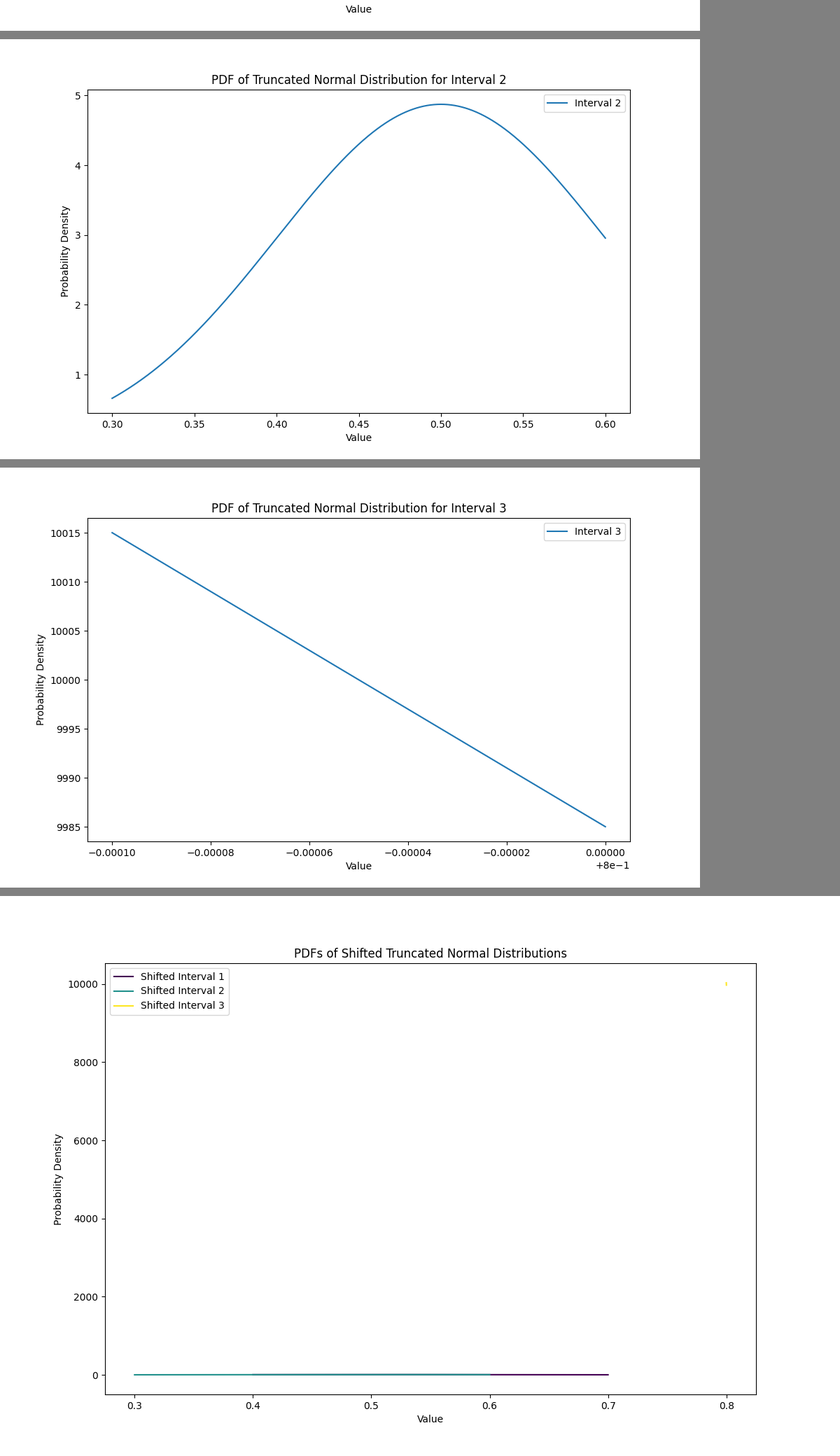
Repository: KrystofM/stealing-part-lm-supplementary-plaid
Script's output: python optimize_logit_queries/askers/some_one_over_n_copy.py
The author's editor kept a copy of each file at every save. The script's output is drawn from the files as they stood at one save, then again after the next save.
The pictures show rows 556 to 2636 of an output 2636 px tall, at 70% of full size.
Each picture stacks the figures in order, with grey between them; figures that are only written to a file come last. Random numbers start from a fixed seed.

Above is the script's output before, as saved 2024-06-20 16:05:17.

### optimize_logit_queries/askers/some_one_over_n_copy.py
import numpy as np
import scipy.integrate as integrate
from scipy.stats import truncnorm

def sample_truncated_normal(l_i, h_i, n, mean, std):
    # Create the truncated normal distribution
    dist = truncnorm((l_i - mean) / std, (h_i - mean) / std, loc=mean, scale=std)

    # Sample n many samples from the truncated normal distribution
    samples = dist.rvs(size=n)

    return samples

# Vectorized version
# P(P_i + r_i < P_n) = (1/n)^(1/(n-1)
def calculate_product_d_vectorized(l_i, h_i, r_i, l_n, h_n, mu, sigma):
    tnormI = truncnorm((l_i - mu) / sigma, (h_i - mu) / sigma, loc=mu, scale=sigma)
    tnormN = truncnorm((l_n - mu) / sigma, (h_n - mu) / sigma, loc=mu, scale=sigma)

    y_values = np.linspace(l_n, h_n, 10000)  # Adjust the number of points for accuracy/speed trade-off
    tnormN_pdf = tnormN.pdf(y_values)
    cdf_values = tnormI.cdf(y_values - r_i)
    min_max_values = np.minimum(np.maximum(cdf_values, 0), 1)
    integrand_values = min_max_values * tnormN_pdf
    integral = np.trapz(integrand_values, y_values)  # Use trapezoidal rule for integration

    return integral

def find_r_i(l_i, h_i, l_n, h_n, mu, sigma, n):
    lower_bound = l_n - h_i
    upper_bound = h_n - l_i
    r_i = None
    min_diff = float('inf')
    min_r_i = None
    precision = 100
    for r in range(precision):
        r_i = lower_bound + (upper_bound - lower_bound) * r / precision
        diff = abs(calculate_product_d_vectorized(l_i, h_i, r_i, l_n, h_n, mu, sigma) - (1/n)**(1/(n-1)))
        if diff < min_diff:
            min_diff = diff
            min_r_i = r_i
    return min_r_i, min_diff

# Binary search to find r_i such that G(r_i) = 1/n
# tolerance = 1e-3
mu = 0.5
sigma = 0.1
low = [0.4, 0.3, 0.7999]
high = [0.7, 0.6, 0.8]
# low = [0.3, 0.8, 0.999]
# high = [0.4, 0.9, 1]
n=len(low)

# fix some low[i] and high[i] and find all r_j j!=i
i=0
l_n = low[i]
h_n = high[i]
r_values = [0]*n
for j in range(n):
    if j != i:
        l_i = low[j]
        h_i = high[j]
        min_r_i, min_diff = find_r_i(l_i, h_i, l_n, h_n, mu, sigma, n)
        print(f"best value of r_i: {min_r_i}")
        print(f"best diff: {min_diff}")
        r_values[j] = min_r_i
print(r_values)

###### TESTING ########

def err(probabilities):
    # list of 1/n values
    correct = np.full(len(probabilities), 1/len(probabilities))
    # l2 norm of the difference between the correct values and the observed values
    return np.linalg.norm(correct - probabilities)

num_samples = 100000
# Initialize counts
max_indexes = np.zeros(n)
baseline_max_indexes = np.zeros(n)

# Sample all at once
samples = np.array([sample_truncated_normal(low[j], high[j], num_samples, mu, sigma) for j in range(n)])
print(samples.shape)

# calculate how many times is

# Fraction of time each i (n) is bigger than j + r_values[j] ~~ should be (1/n)^(1/(n-1))
proportion = np.mean(samples + np.array(r_values)[:, None] < samples[i], axis=1)
print("Proportion: i > j + r_j")
print(proportion)

# Calculate max values for baseline and optimized
baseline_max_values = np.max(samples, axis=0)
max_values = np.max(samples + np.array(r_values)[:, None], axis=0)

# Determine max indexes
baseline_max_indexes = np.argmax(samples, axis=0)
max_indexes = np.argmax(samples + np.array(r_values)[:, None], axis=0)
print(max_indexes.shape)
print(max_indexes[:10])

# Count occurrences
baseline_counts = np.bincount(baseline_max_indexes, minlength=n)
max_counts = np.bincount(max_indexes, minlength=n)
print(max_counts)

# Normalize counts to probabilities
baseline_probabilities = baseline_counts / num_samples
max_probabilities = max_counts / num_samples

print("Baseline")
print(err(baseline_probabilities))
print(baseline_probabilities)

print("Optimized")
print(err(max_probabilities))
print(max_probabilities)



# plot the pdf of the truncated normal distribution for each interval in separate plots
import matplotlib.pyplot as plt
for i in range(n):
    plt.figure(figsize=(10, 6))
    x = np.linspace(low[i], high[i], 1000)
    dist = truncnorm((low[i] - mu) / sigma, (high[i] - mu) / sigma, loc=mu, scale=sigma)
    plt.plot(x, dist.pdf(x), label=f'Interval {i+1}')
    plt.xlabel('Value')
    plt.ylabel('Probability Density')
    plt.title(f'PDF of Truncated Normal Distribution for Interval {i+1}')
    plt.legend()
    plt.show()

# plot the pdfs of the shifted truncated normal distributions over each other
plt.figure(figsize=(12, 8))
colors = plt.cm.viridis(np.linspace(0, 1, n))
for i in range(n):
    x = np.linspace(low[i], high[i], 1000)
    shifted_dist = truncnorm((low[i] - mu - r_values[i]) / sigma, (high[i] - mu - r_values[i]) / sigma, loc=mu + r_values[i], scale=sigma)
    plt.plot(x, shifted_dist.pdf(x), color=colors[i], label=f'Shifted Interval {i+1}')
plt.xlabel('Value')
plt.ylabel('Probability Density')
plt.title('PDFs of Shifted Truncated Normal Distributions')
plt.legend()
plt.show()

After the next save:
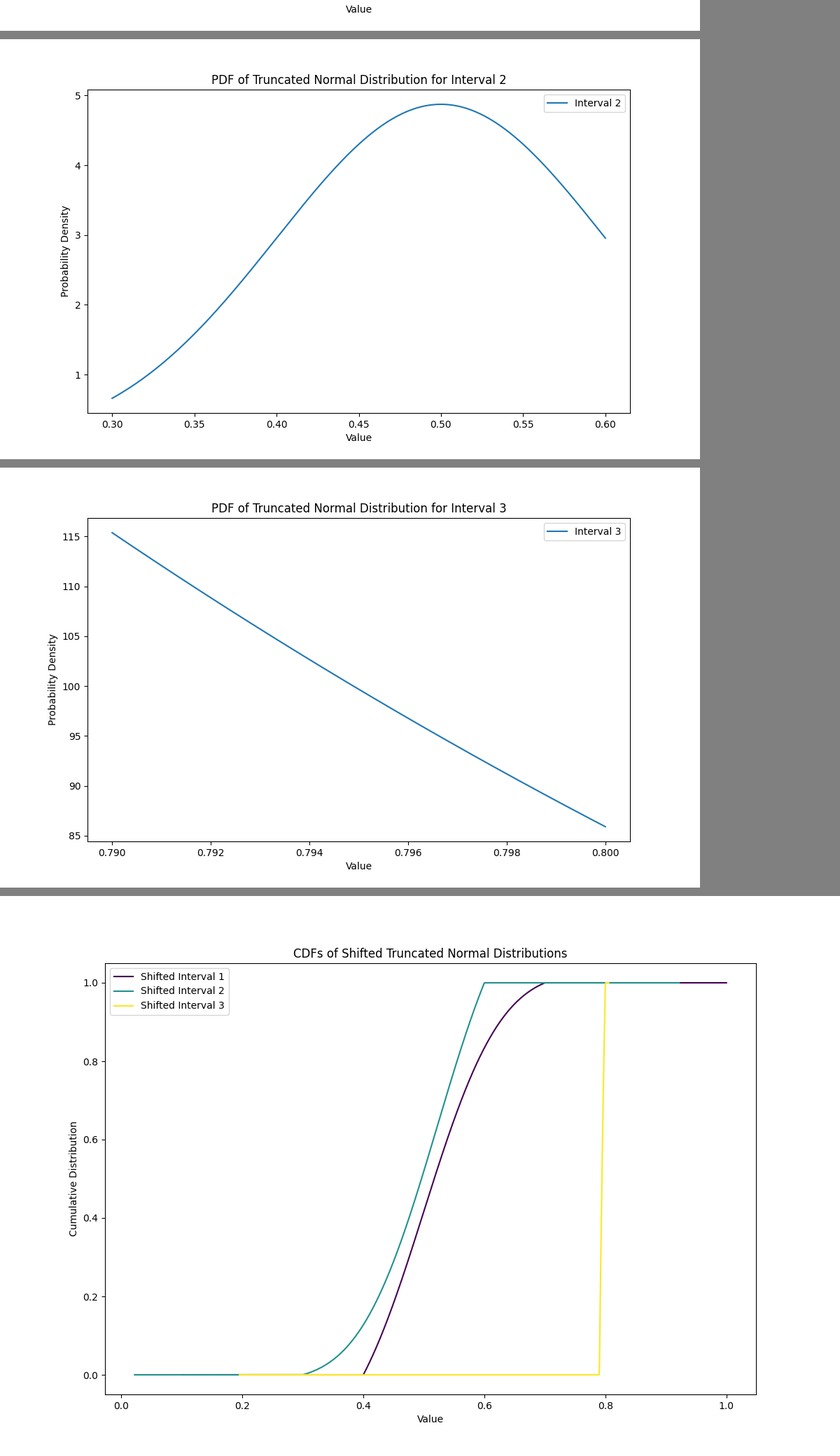
Saved 20 min 16 s later.
--- a/optimize_logit_queries/askers/some_one_over_n_copy.py
+++ b/optimize_logit_queries/askers/some_one_over_n_copy.py
@@ -45,7 +45,7 @@ def find_r_i(l_i, h_i, l_n, h_n, mu, sigma, n):
 # tolerance = 1e-3
 mu = 0.5
 sigma = 0.1
-low = [0.4, 0.3, 0.7999]
+low = [0.4, 0.3, 0.79]
 high = [0.7, 0.6, 0.8]
 # low = [0.3, 0.8, 0.999]
 # high = [0.4, 0.9, 1]
@@ -132,15 +132,18 @@ for i in range(n):
     plt.legend()
     plt.show()
 
-# plot the pdfs of the shifted truncated normal distributions over each other
+# plot the cdfs of the shifted truncated normal distributions over each other
 plt.figure(figsize=(12, 8))
 colors = plt.cm.viridis(np.linspace(0, 1, n))
 for i in range(n):
-    x = np.linspace(low[i], high[i], 1000)
+    # Adjust the range of x to cover the shifted distribution adequately
+    x_min = low[i] + r_values[i] - 3 * sigma  # Extend the range to cover more of the tail
+    x_max = high[i] + r_values[i] + 3 * sigma
+    x = np.linspace(x_min, x_max, 1000)
     shifted_dist = truncnorm((low[i] - mu - r_values[i]) / sigma, (high[i] - mu - r_values[i]) / sigma, loc=mu + r_values[i], scale=sigma)
-    plt.plot(x, shifted_dist.pdf(x), color=colors[i], label=f'Shifted Interval {i+1}')
+    plt.plot(x, shifted_dist.cdf(x), color=colors[i], label=f'Shifted Interval {i+1}')
 plt.xlabel('Value')
-plt.ylabel('Probability Density')
-plt.title('PDFs of Shifted Truncated Normal Distributions')
+plt.ylabel('Cumulative Distribution')
+plt.title('CDFs of Shifted Truncated Normal Distributions')
 plt.legend()
 plt.show()
